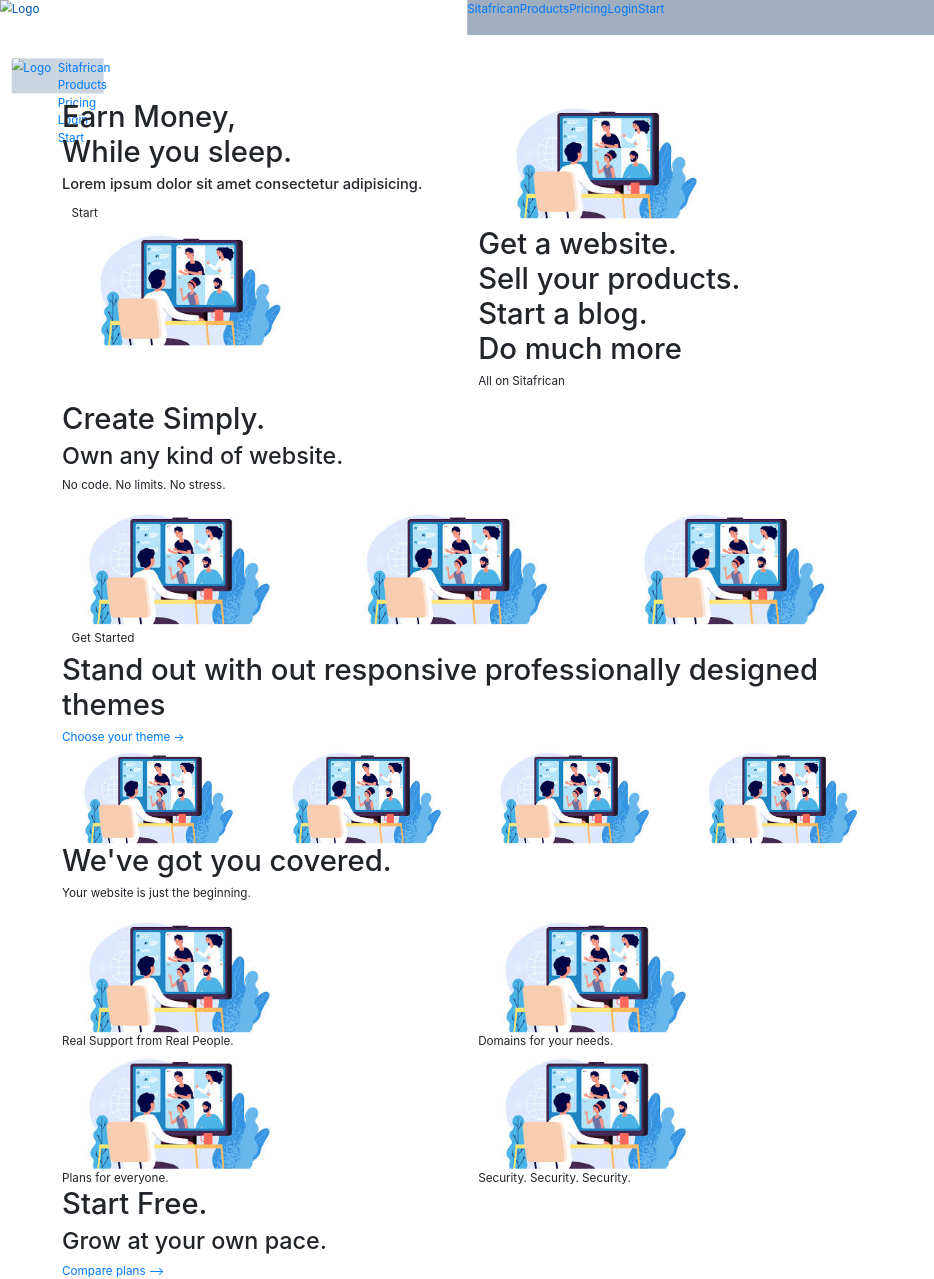
Repository: latenightsnacc/Static-Web-Projects
Page: Sitadel/index.html
These files come from the project's save history. The page is drawn as it stood at one moment and after the next save; the edit follows.
The browser window is 1280 px wide. The pictures show the whole page, at 73% of full size.
The style sheet was rebuilt from its Sass, Less or Tailwind sources for each picture, by a compiler version that may differ from the author's.

Above is the page before, as saved 2020-11-09 13:29:41.

### Sitadel/index.html
<!DOCTYPE html>
<html lang="en">
<head>
    <meta charset="UTF-8">
    <meta name="viewport" content="width=device-width, initial-scale=1.0">
    <!--Tailwind CDN-->
    <link rel="stylesheet" href="https://cdnjs.cloudflare.com/ajax/libs/tailwindcss/1.9.6/base.min.css" integrity="sha512-hEjkvMSM0ql6VJcNK0gTmjt9ar8F2yHeBUbJKtyvQhkkbGMhiJ4+MaiB8XxsthLAHJx5vy2I9dN0un8HiWG2LA==" crossorigin="anonymous" />
    <link rel="stylesheet" href="https://cdnjs.cloudflare.com/ajax/libs/tailwindcss/1.9.6/components.min.css" integrity="sha512-TizAONqhvXjEfRPhptSUkZNVU497PzAnXNGNUoeOjeni4dHpJ+ak+ZsyoGna20LH/yg1PvdufN1VbnVQeVDftg==" crossorigin="anonymous" />
    <link rel="stylesheet" href="https://cdnjs.cloudflare.com/ajax/libs/tailwindcss/1.9.6/tailwind.css" integrity="sha512-HY1FOTeAX9idUBWDhVDrBg8QUHBisKVQ4BCVj1jFo5z76mk87w4Rr5YGP8nBkcGmoMzqYvdeXHMOg/olF45z3g==" crossorigin="anonymous" />
    <link rel="stylesheet" href="https://cdnjs.cloudflare.com/ajax/libs/tailwindcss/1.9.6/utilities.min.css" integrity="sha512-0QJfuLKyYJWGB5hKArJW67xqMLDlR8YaLM/ZuW2mRn4NRwHNsGm7UuREc5Fu7jONHyewPKnGODY0N8G+FQbfxg==" crossorigin="anonymous" />
    <!--Bootstrap CDN-->
    <link rel="stylesheet" href="https://cdn.jsdelivr.net/npm/bootstrap@4.5.3/dist/css/bootstrap.min.css" integrity="sha384-TX8t27EcRE3e/ihU7zmQxVncDAy5uIKz4rEkgIXeMed4M0jlfIDPvg6uqKI2xXr2" crossorigin="anonymous">
    <!--Custom Stylesheet-->
    <link rel="stylesheet" href="styles/stylesheet.css">
    <title>Landing Page</title>
</head>
<body>
    <!-- Two columns -->
<div class="flex mb-4">
    <div class="w-1/2 h-12">
        <!--Logo-->
        <div class="logo w-1/2 h-12">
            <a href="index.html">
                <img src="#" alt="Logo"/>
            </a>
        </div>
    </div>
    <div class="w-1/2 bg-gray-500 h-12">
        <ul class="menu-list flex">
            <li class="menu-item">
                <a class="menu-link" href="#">Sitafrican</a>
            </li>
            <li class="menu-item">
                <a class="menu-link" href="#">Products</a>
            </li>
            <li class="menu-item">
                <a class="menu-link" href="#">Pricing</a>
            </li>
            <li class="menu-item">
                <a class="menu-link" href="#">Login</a>
            </li>
            <li class="menu-item">
                <a class="menu-button" href="#">Start</a>
            </li>
        </ul>
    </div>
</div>
    <!--Navigation Bar-->
    <div class="navbar">
        <div class="flex">
            <!--Logo-->
            <div class="logo w-1/2 bg-gray-400 h-12">
                <a href="index.html">
                    <img src="#" alt="Logo"/>
                </a>
            </div>
            <!--Menu-->
            <div class="menu w-1/2 bg-gray-400 h-12">
                <ul class="menu-list">
                    <li class="menu-item">
                        <a class="menu-link" href="#">Sitafrican</a>
                    </li>
                    <li class="menu-item">
                        <a class="menu-link" href="#">Products</a>
                    </li>
                    <li class="menu-item">
                        <a class="menu-link" href="#">Pricing</a>
                    </li>
                    <li class="menu-item">
                        <a class="menu-link" href="#">Login</a>
                    </li>
                    <li class="menu-item">
                        <a class="menu-button" href="#">Start</a>
                    </li>
                </ul>
            </div>
        </div>
    </div>
    <!--Banner Section-->
    <section id="banner">
        <div class="container">
            <div class="row">
                <!--Banner Text-->
                <div class="col-xs-12 col-s-12 col-md-6 col-lg-6 col-xl-6">
                    <div class="text-box">
                        <h1>Earn Money, <br/> While you sleep.</h1>
                        <h5>Lorem ipsum dolor sit amet consectetur adipisicing.</h5>
                        <button class="active-btn btn">Start</button>
                    </div>
                </div>
                <!--Banner Image-->
                <div class="col-xs-12 col-s-12 col-md-6 col-lg-6 col-xl-6">
                    <div class="container">
                        <a href="#">
                            <img src="assets/video-conferencing.jpeg" alt="banner image"/>
                        </a>
                    </div>
                </div>
            </div>
        </div>
    </section>

    <!--What you can do-->
    <section id="possibilities">
        <div class="container">
            <div class="row">
                <!--Image-->
                <div class="col-xs-12 col-s-12 col-md-6 col-lg-6 col-xl-6">
                    <div class="container">
                        <a href="#">
                            <img src="assets/video-conferencing.jpeg" alt="banner image"/>
                        </a>
                    </div>
                </div>
                <!--Text-->
                <div class="col-xs-12 col-s-12 col-md-6 col-lg-6 col-xl-6">
                    <div class="text-box">
                        <h1>Get a website. <br/>Sell your products.<br/> Start a blog.<br/> Do much more</h1>
                        <p>All on Sitafrican</p>
                    </div>
                </div>
            </div>
        </div>
    </section>

    <!--Responsive Design-->
    <section id="responsive-design">
        <div class="container">
            <div class="text-box">
                <h1>Create Simply.</h1>
                <h2>Own any kind of website.</h2>
                <p>No code. No limits. No stress.</p>
            </div>
            <div class="row">
                <!--Mobile View-->
                <div class="col">
                    <a href="#">
                        <img src="assets/video-conferencing.jpeg" alt="banner image"/>
                    </a>
                </div>
                <!--Desktop View-->
                <div class="col">
                    <a href="#">
                        <img src="assets/video-conferencing.jpeg" alt="banner image"/>
                    </a>
                </div>
                <!--Tablet view-->
                <div class="col">
                    <a href="#">
                        <img src="assets/video-conferencing.jpeg" alt="banner image"/>
                    </a>
                </div>
            </div>
            <div class="btn-box">
                <button class="btn btn-active">Get Started</button>
            </div>
        </div>
    </section>

    <!--Templates-->
    <section id="templates">
        <div class="container">
            <div class="text-box">
                <h1>Stand out with out responsive professionally designed themes</h1>
                <a href="#" class="lined-btn">Choose your theme -></a>
            </div>
            <div class="templates row">
                <div class="col">
                    <a href="#">
                        <img src="assets/video-conferencing.jpeg" alt="banner image"/>
                    </a>
                </div>
                <div class="col">
                    <a href="#">
                        <img src="assets/video-conferencing.jpeg" alt="banner image"/>
                    </a>
                </div>
                <div class="col">
                    <a href="#">
                        <img src="assets/video-conferencing.jpeg" alt="banner image"/>
                    </a>
                </div>
                <div class="col">
                    <a href="#">
                        <img src="assets/video-conferencing.jpeg" alt="banner image"/>
                    </a>
                </div>
            </div>
        </div>
    </section>

    <!--Our services-->
    <section id="services">
        <div class="container">
            <div class="text-box">
                <h1>We've got you covered.</h1>
                <p>Your website is just the beginning.</p>
            </div>
            <!--Row One-->
            <div class="row">
                <!--24/7 Support-->
                <div class="col-xs-12 col-s-12 col-md-6 col-lg-6 col-xl-6">
                    <a href="#">
                        <img src="assets/video-conferencing.jpeg" alt="banner image"/>
                    </a>
                    <div class="col-title">Real Support from Real People.</div>
                </div>
                <!--Domain & Hosting-->
                <div class="col-xs-12 col-s-12 col-md-6 col-lg-6 col-xl-6">
                    <a href="#">
                        <img src="assets/video-conferencing.jpeg" alt="banner image"/>
                    </a>
                    <div class="col-title">Domains for your needs.</div>
                </div>
            </div>
            <!--Row Two-->
            <div class="row">
                <!--Plans-->
                <div class="col-xs-12 col-s-12 col-md-6 col-lg-6 col-xl-6">
                    <a href="#">
                        <img src="assets/video-conferencing.jpeg" alt="banner image"/>
                    </a>
                    <div class="col-title">Plans for everyone.</div>
                </div>
                <!--Security-->
                <div class="col-xs-12 col-s-12 col-md-6 col-lg-6 col-xl-6">
                    <a href="#">
                        <img src="assets/video-conferencing.jpeg" alt="banner image"/>
                    </a>
                    <div class="col-title">Security. Security. Security.</div>
                </div>
            </div>
        </div>
    </section>

    <!--Pricing-->
    <section id="pricing">
        <div class="container">
            <div class="text-box">
                <h1>Start Free.</h1>
                <h2>Grow at your own pace.</h2>
            </div>
            <div class="row">
                <!--Free Plan-->
                <div class="col-xs-12 col-s-12 col-md-3 col-lg-3 col-xl-3"></div>
                <!--Free Plan-->
                <div class="col-xs-12 col-s-12 col-md-3 col-lg-3 col-xl-3"></div>
                <!--Free Plan-->
                <div class="col-xs-12 col-s-12 col-md-3 col-lg-3 col-xl-3"></div>
                <!--Free Plan-->
                <div class="col-xs-12 col-s-12 col-md-3 col-lg-3 col-xl-3"></div>
            </div>
            <div class="btn-box">
                <a href="#" class="line-btn">Compare plans --></a>
            </div>
        </div>
    </section>

    <!--Footer-->
    <div class="footer">
        <div class="container">
            <div class="row">

            </div>
        </div>
    </div>

    <!--Bootstrap Scripts-->
    <script src="https://code.jquery.com/jquery-3.5.1.slim.min.js" integrity="sha384-DfXdz2htPH0lsSSs5nCTpuj/zy4C+OGpamoFVy38MVBnE+IbbVYUew+OrCXaRkfj" crossorigin="anonymous"></script>
    <script src="https://cdn.jsdelivr.net/npm/popper.js@1.16.1/dist/umd/popper.min.js" integrity="sha384-9/reFTGAW83EW2RDu2S0VKaIzap3H66lZH81PoYlFhbGU+6BZp6G7niu735Sk7lN" crossorigin="anonymous"></script>
    <script src="https://cdn.jsdelivr.net/npm/bootstrap@4.5.3/dist/js/bootstrap.min.js" integrity="sha384-w1Q4orYjBQndcko6MimVbzY0tgp4pWB4lZ7lr30WKz0vr/aWKhXdBNmNb5D92v7s" crossorigin="anonymous"></script>
</body>
</html>

### Sitadel/styles/stylesheet.scss
@import'variables';

*{
    box-sizing: border-box;
    margin: 0;
    padding: 0;
    text-decoration: none;
    list-style: none;
    font-family: -apple-system, BlinkMacSystemFont, 'Segoe UI', Roboto, Oxygen, Ubuntu, Cantarell, 'Open Sans', 'Helvetica Neue', sans-serif;
    button {
        outline: none;
    }
    a {
        text-decoration: none;
        &:hover {
            text-decoration: none;
        }
    }
}

### Sitadel/styles/_variables.scss
$font: -apple-system, BlinkMacSystemFont, 'Segoe UI', Roboto, Oxygen, Ubuntu, Cantarell, 'Open Sans', 'Helvetica Neue', sans-serif;

$primary: #fff;

After the next save:
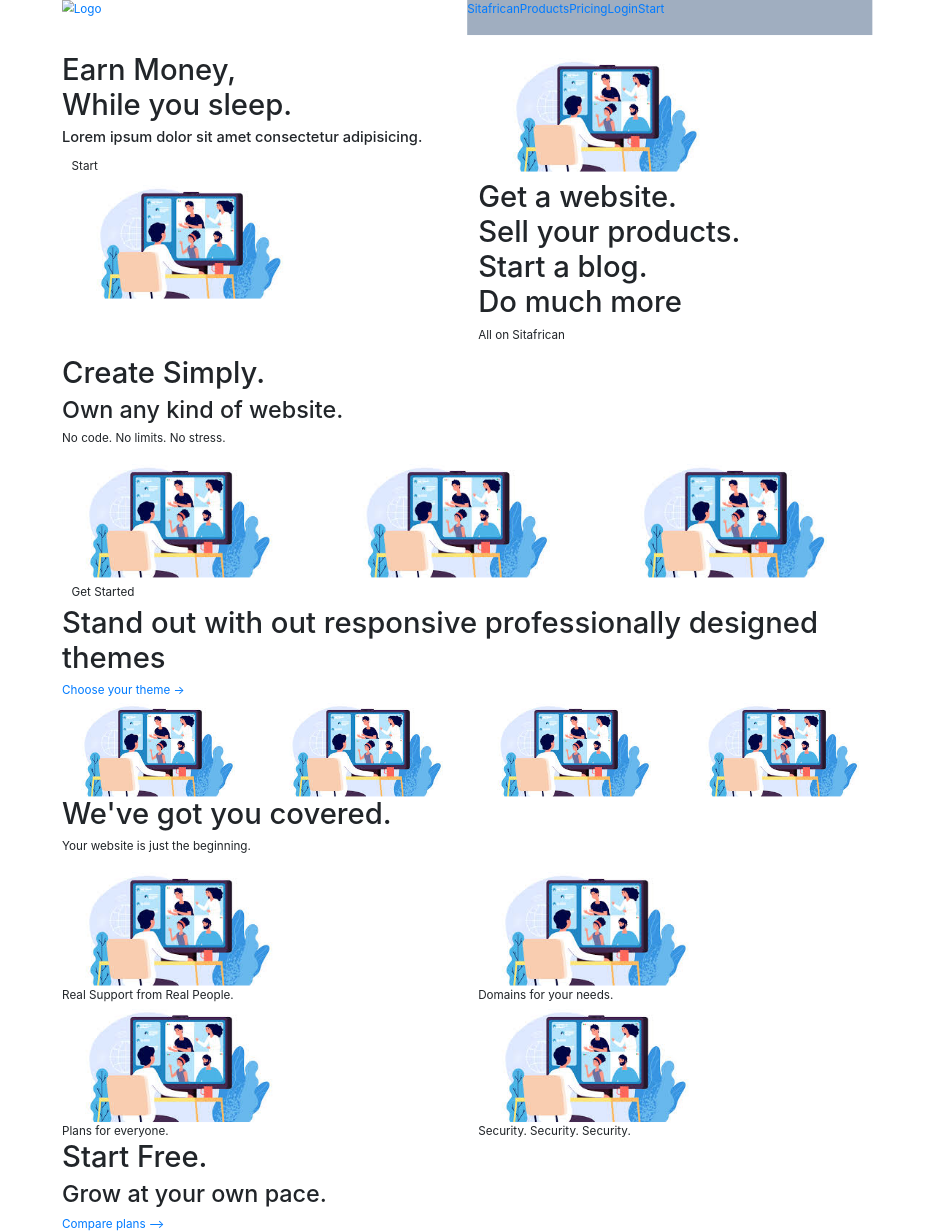
Saved 61 s later.
--- a/Sitadel/index.html
+++ b/Sitadel/index.html
@@ -15,67 +15,39 @@
     <title>Landing Page</title>
 </head>
 <body>
-    <!-- Two columns -->
-<div class="flex mb-4">
-    <div class="w-1/2 h-12">
-        <!--Logo-->
-        <div class="logo w-1/2 h-12">
-            <a href="index.html">
-                <img src="#" alt="Logo"/>
-            </a>
+      <!--Navigation Bar-->
+      <div class="container">
+        <div class="flex mb-4">
+            <div class="w-1/2 h-12">
+                <!--Logo-->
+                <div class="logo w-1/2 h-12">
+                    <a href="index.html">
+                        <img src="#" alt="Logo"/>
+                    </a>
+                </div>
+            </div>
+            <div class="w-1/2 bg-gray-500 h-12">
+                <ul class="menu-list flex">
+                    <li class="menu-item">
+                        <a class="menu-link" href="#">Sitafrican</a>
+                    </li>
+                    <li class="menu-item">
+                        <a class="menu-link" href="#">Products</a>
+                    </li>
+                    <li class="menu-item">
+                        <a class="menu-link" href="#">Pricing</a>
+                    </li>
+                    <li class="menu-item">
+                        <a class="menu-link" href="#">Login</a>
+                    </li>
+                    <li class="menu-item">
+                        <a class="menu-button" href="#">Start</a>
+                    </li>
+                </ul>
+            </div>
         </div>
     </div>
-    <div class="w-1/2 bg-gray-500 h-12">
-        <ul class="menu-list flex">
-            <li class="menu-item">
-                <a class="menu-link" href="#">Sitafrican</a>
-            </li>
-            <li class="menu-item">
-                <a class="menu-link" href="#">Products</a>
-            </li>
-            <li class="menu-item">
-                <a class="menu-link" href="#">Pricing</a>
-            </li>
-            <li class="menu-item">
-                <a class="menu-link" href="#">Login</a>
-            </li>
-            <li class="menu-item">
-                <a class="menu-button" href="#">Start</a>
-            </li>
-        </ul>
-    </div>
-</div>
-    <!--Navigation Bar-->
-    <div class="navbar">
-        <div class="flex">
-            <!--Logo-->
-            <div class="logo w-1/2 bg-gray-400 h-12">
-                <a href="index.html">
-                    <img src="#" alt="Logo"/>
-                </a>
-            </div>
-            <!--Menu-->
-            <div class="menu w-1/2 bg-gray-400 h-12">
-                <ul class="menu-list">
-                    <li class="menu-item">
-                        <a class="menu-link" href="#">Sitafrican</a>
-                    </li>
-                    <li class="menu-item">
-                        <a class="menu-link" href="#">Products</a>
-                    </li>
-                    <li class="menu-item">
-                        <a class="menu-link" href="#">Pricing</a>
-                    </li>
-                    <li class="menu-item">
-                        <a class="menu-link" href="#">Login</a>
-                    </li>
-                    <li class="menu-item">
-                        <a class="menu-button" href="#">Start</a>
-                    </li>
-                </ul>
-            </div>
-        </div>
-    </div>
+
     <!--Banner Section-->
     <section id="banner">
         <div class="container">
